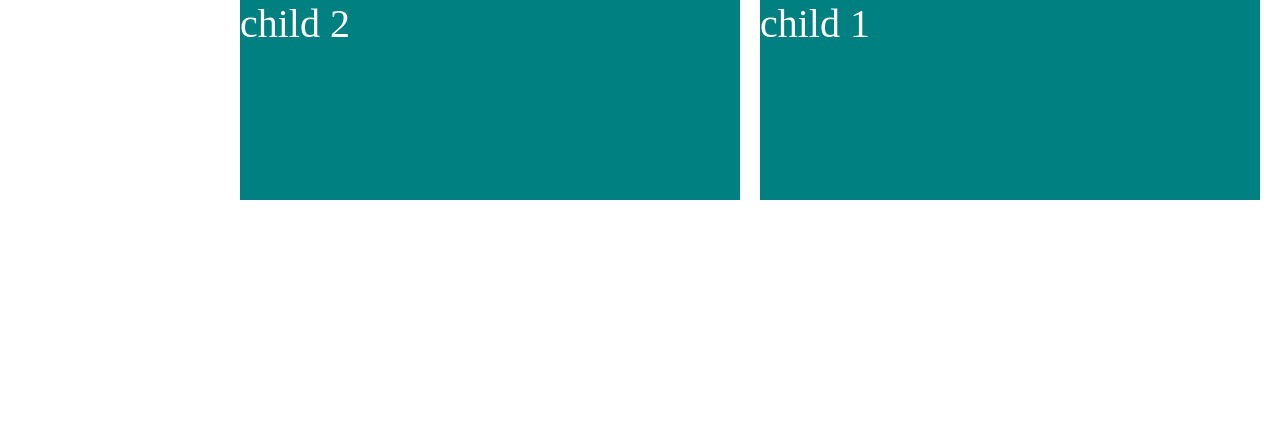
Repository: AytacSafarova/Figma--task
Page: index.html
These files come from the project's save history. The page is drawn as it stood at one moment and after the next save; the edit follows.
The browser window is 1280 px wide. The pictures show the whole page.

Above is the page before, as saved 2023-08-04 14:52:19.
Console error: ReferenceError: camelcase is not defined

### index.html
<!DOCTYPE html>
<html lang="en">

<head>
    <meta charset="UTF-8">
    <meta name="viewport" content="width=device-width, initial-scale=1.0">
    <title>Document</title>
    <link rel="stylesheet" href="./index.css">
</head>

<body>
    <div class="container">
        <div class="child">child 1</div>
        <div class="child">child 2</div>
    </div>
</body>
<script src="index.js"></script>

</html>

### index.css
@import url("https://fonts.googleapis.com/css2?family=Roboto&family=Roboto+Slab:wght@700&display=swap");
* {
  margin: 0;
  padding: 0;
  box-sizing: border-box;
}
.container {
  /* padding: 214px 0 231px 121px; */
  /* width: 60%; */
  display: flex;
  flex-direction: row-reverse;
}
.container h1 {
  color: #000;
  font-family: Roboto Slab;
  font-size: 55px;
  font-style: normal;
  font-weight: 700;
  line-height: 101.385%;
}
.container ul {
  margin-top: 62px;
  width: 672px;
}
.container ul li {
  color: #000;
  font-family: Roboto;
  font-size: 24px;
  font-style: normal;
  font-weight: 400;
  line-height: 150%;
}

/* tablet style */
@media screen and (max-width:1024px) {
  .container {
    padding: 127px 0 160px 65px;
  }
  .container h1 {
    font-size: 32px;
  }
  .container ul {
    margin-top: 20px;
    width: 398px;
  }
  .container ul li {
    font-size: 14px;
  }
}

/* mobile style */
@media screen and (max-width: 768px) {

}


span{
  background-color: violet;
  /* display: inline; */
}
.child{
  background-color: teal;
  width: 500px;
  height: 200px;
  margin-right: 20px;

  color: white;
  font-size: 40px;
}

### index.js
let a=4
a=a+2
a+=2
let userName
camelcase
// kebab case

After the next save:
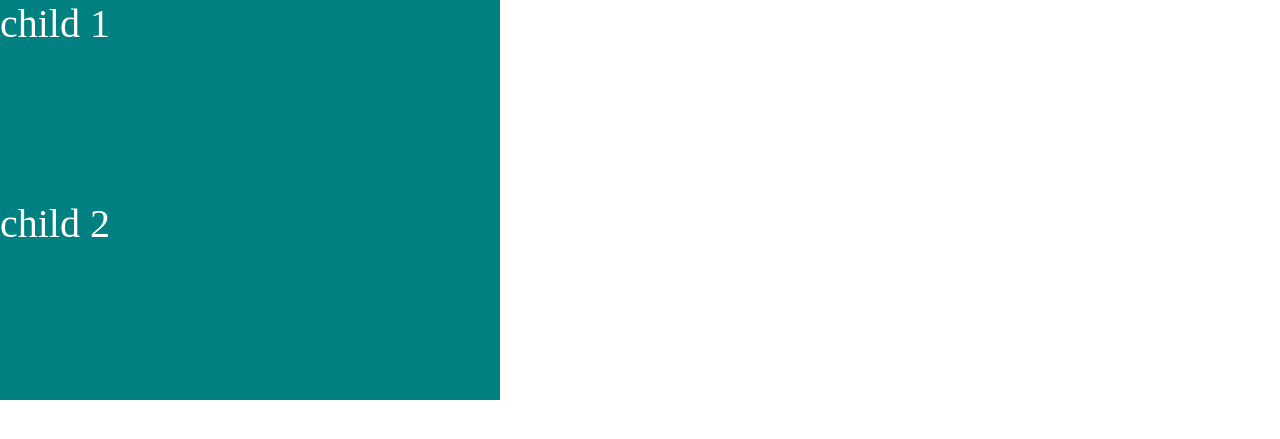
Saved 12 s later.
--- a/index.css
+++ b/index.css
@@ -8,7 +8,7 @@
   /* padding: 214px 0 231px 121px; */
   /* width: 60%; */
   display: flex;
-  flex-direction: row-reverse;
+  flex-direction: column;
 }
 .container h1 {
   color: #000;
